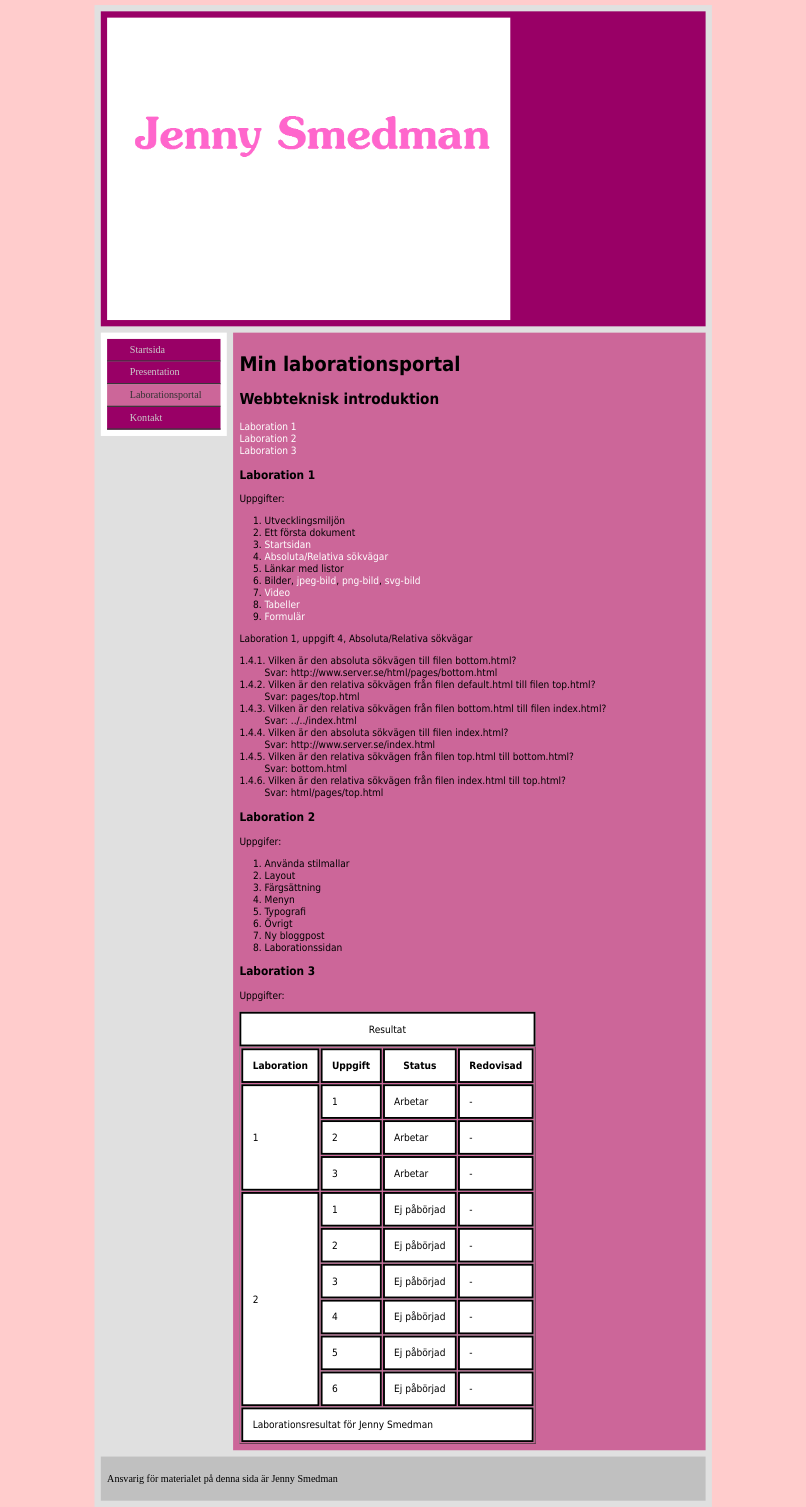
Repository: js223mx/1ik415-js223mx-laborationer
Page: pages/laborationer.html
The author's editor kept a record of every edit. The page is drawn from the files as they stood at one moment, then again after the next edit.
The browser window is 1280 px wide. The pictures show the whole page, at 63% of full size.

Above is the page before.

After the next edit:
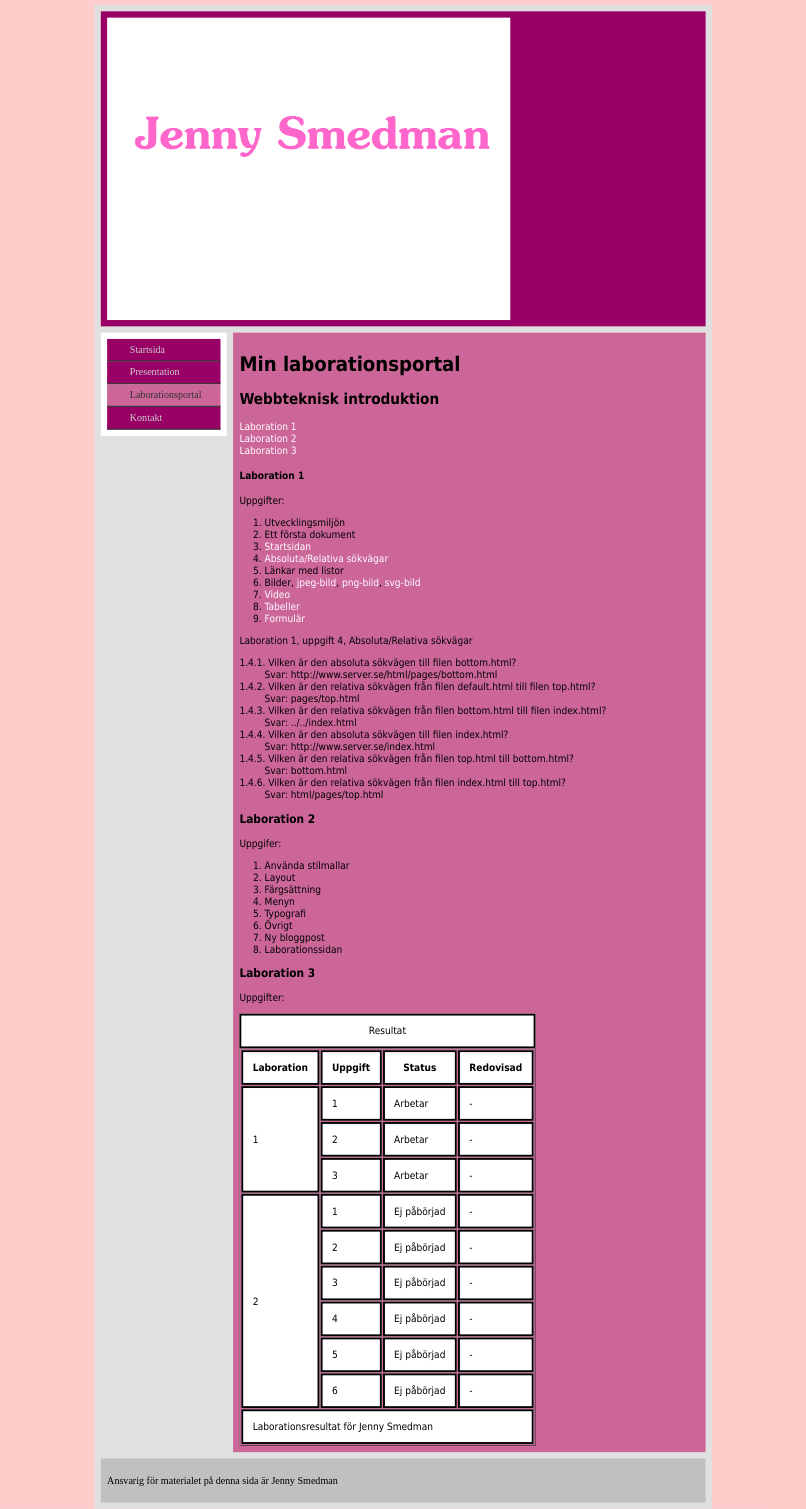
The edit:
--- a/pages/laborationer.html
+++ b/pages/laborationer.html
@@ -36,7 +36,7 @@
                         <li><a href="#Laboration3">Laboration 3</a></li>
                     </ul>
 
-                <h3 id="Laboration1">Laboration 1</h3>
+                <h4 id="Laboration1">Laboration 1</h4>
 
                     <p>Uppgifter:</p>
                         <ol>
